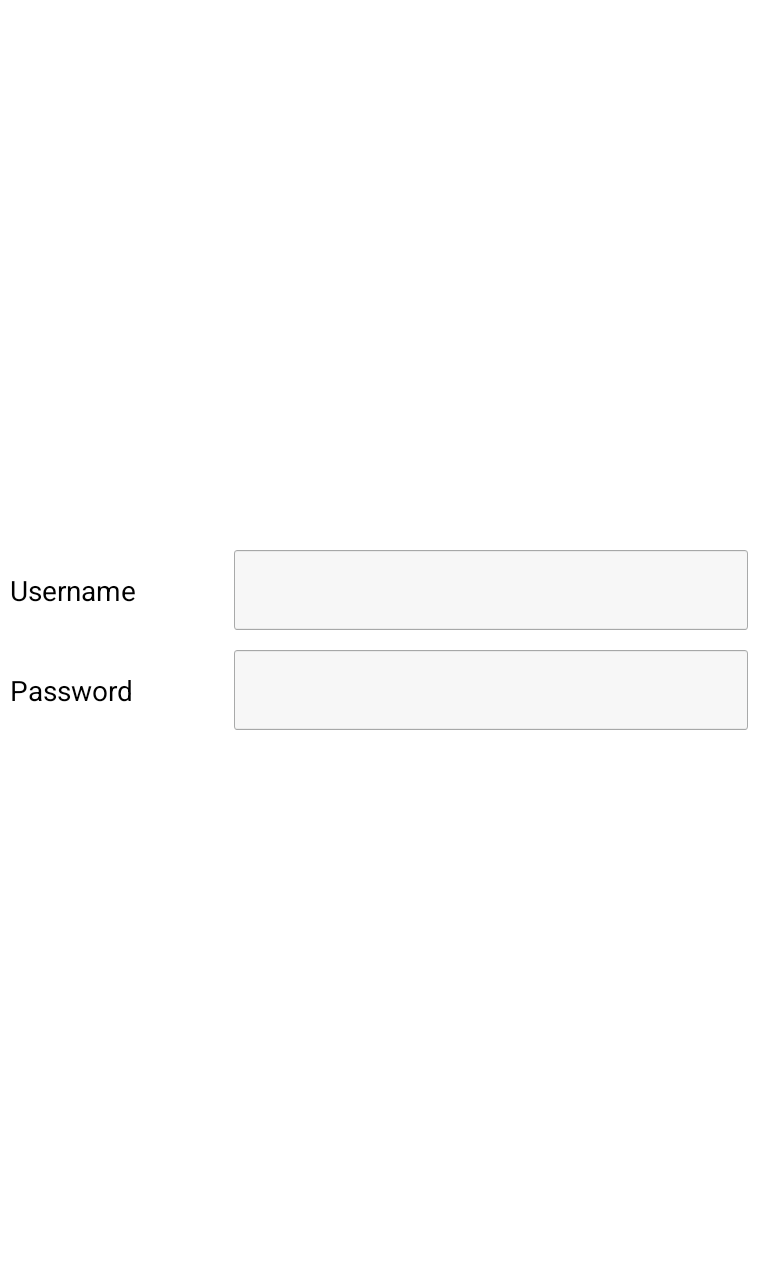
Repository: pankajk7/hotel_mockup
Layout: Hotel_MockUp/res/layout/login_layout.xml
The author's editor kept a copy of each file at every save. The layout is drawn from the files as they stood at one save, then again after the next save.
It is drawn on a 768 x 1280 px phone screen (xhdpi) without system bars, with theme AppTheme; the app's code is not run.

Above is the layout before, as saved 2014-11-03 09:37:18.

### Hotel_MockUp/res/layout/login_layout.xml
<?xml version="1.0" encoding="utf-8"?>
<LinearLayout xmlns:android="http://schemas.android.com/apk/res/android"
    android:layout_width="fill_parent"
    android:layout_height="fill_parent"
    android:orientation="vertical"
    android:gravity="center"
    android:background="#fff">

     <LinearLayout
                android:layout_width="match_parent"
                android:layout_height="wrap_content"
                android:layout_margin="5dp"
                android:orientation="horizontal" >

                <TextView
                    android:layout_width="match_parent"
                    android:layout_height="match_parent"
                    android:layout_weight="2.5"
                    style="@style/textviewstyle"
                    android:gravity="center_vertical|left"
                    android:text="Username"
                    android:textSize="14dp" />

                <EditText
                    android:id="@+id/edittext_login_email"
                    android:layout_width="match_parent"
                    android:layout_height="40dp"
                    style="@style/edittextstyle"
                    android:layout_marginLeft="5dp"
                    android:layout_marginRight="5dp"
                    android:layout_weight="1"
                    android:inputType="textEmailAddress"
                    android:singleLine="true" />
            </LinearLayout>

      <LinearLayout
                android:layout_width="match_parent"
                android:layout_height="wrap_content"
                android:layout_margin="5dp"
                android:orientation="horizontal" >

                <TextView
                    android:layout_width="match_parent"
                    android:layout_height="match_parent"
                    android:layout_weight="2.5"
                    style="@style/textviewstyle"
                    android:gravity="center_vertical|left"
                    android:text="Password"
                    android:textSize="14dp" />

                <EditText
                    android:id="@+id/edittext_login_password"
                    android:layout_width="match_parent"
                    android:layout_height="40dp"
                    style="@style/edittextstyle"
                    android:layout_marginLeft="5dp"
                    android:layout_marginRight="5dp"
                    android:layout_weight="1"
                    android:inputType="textPassword"
                    android:singleLine="true" />
            </LinearLayout>

 </LinearLayout>

### Hotel_MockUp/res/values/styles.xml
<resources xmlns:android="http://schemas.android.com/apk/res/android">

    <!--
        Base application theme, dependent on API level. This theme is replaced
        by AppBaseTheme from res/values-vXX/styles.xml on newer devices.
    -->
    <style name="AppBaseTheme" parent="@android:style/Theme.Holo.Light">
        <!--
            Theme customizations available in newer API levels can go in
            res/values-vXX/styles.xml, while customizations related to
            backward-compatibility can go here.
        -->
    </style>

    <!-- Application theme. -->
    <style name="AppTheme" parent="@android:style/Theme.Holo.Light">
        <!-- All customizations that are NOT specific to a particular API-level can go here. -->
    </style>

    <style name="edittextstyle" parent="AppBaseTheme">
        <item name="android:background">@drawable/edittext_background</item>
        <item name="android:textColor">#000</item>
        <item name="android:padding">5dp</item>
    </style>

    <style name="textviewstyle" parent="AppBaseTheme">
        <item name="android:textColor">#000</item>
    </style>

</resources>

### Hotel_MockUp/res/values-v11/styles.xml
<resources>

    <!--
        Base application theme for API 11+. This theme completely replaces
        AppBaseTheme from res/values/styles.xml on API 11+ devices.
    -->
    <style name="AppBaseTheme" parent="">
        <!-- API 11 theme customizations can go here. -->
    </style>

</resources>

### Hotel_MockUp/res/values-v14/styles.xml
<resources>

    <!--
        Base application theme for API 14+. This theme completely replaces
        AppBaseTheme from BOTH res/values/styles.xml and
        res/values-v11/styles.xml on API 14+ devices.
    -->
    <style name="AppBaseTheme" parent="">
        <!-- API 14 theme customizations can go here. -->
    </style>

</resources>

After the next save:
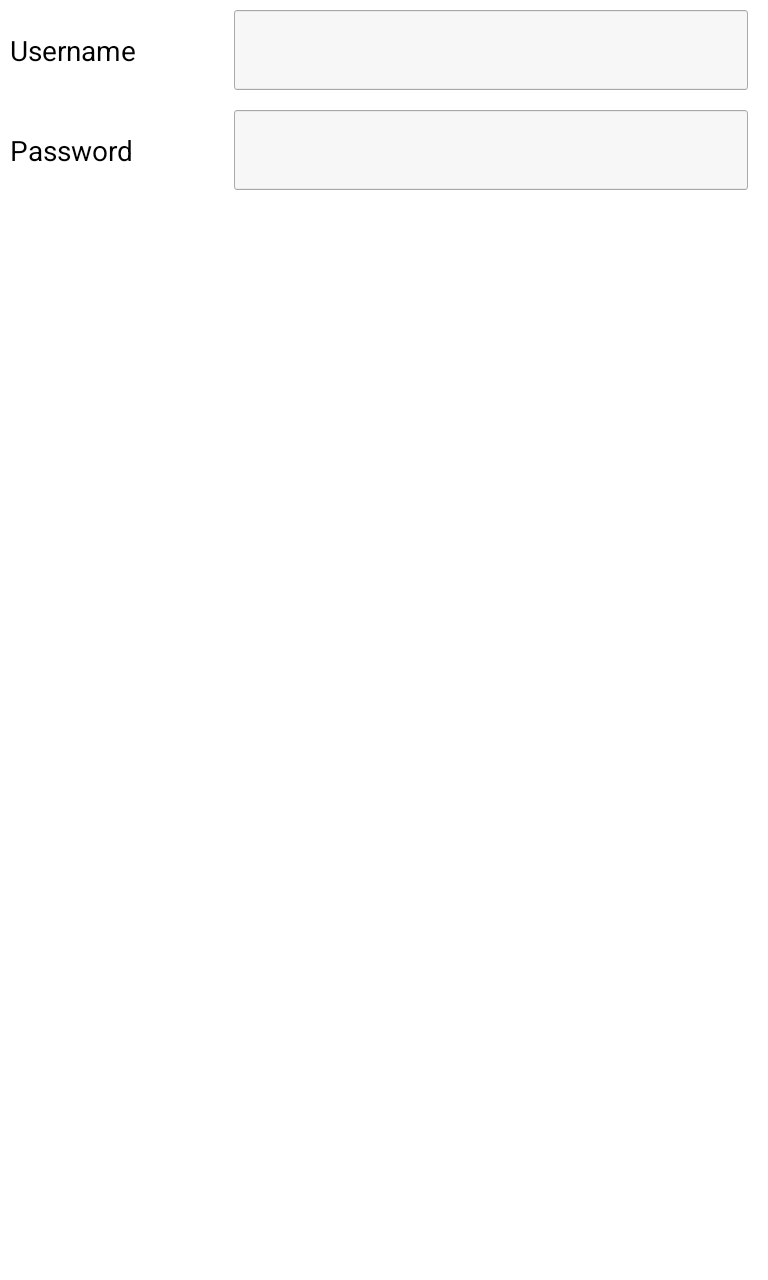
Saved 41 s later.
--- a/Hotel_MockUp/res/layout/login_layout.xml
+++ b/Hotel_MockUp/res/layout/login_layout.xml
@@ -3,8 +3,9 @@
     android:layout_width="fill_parent"
     android:layout_height="fill_parent"
     android:orientation="vertical"
-    android:gravity="center"
     android:background="#fff">
+
+
 
      <LinearLayout
                 android:layout_width="match_parent"
